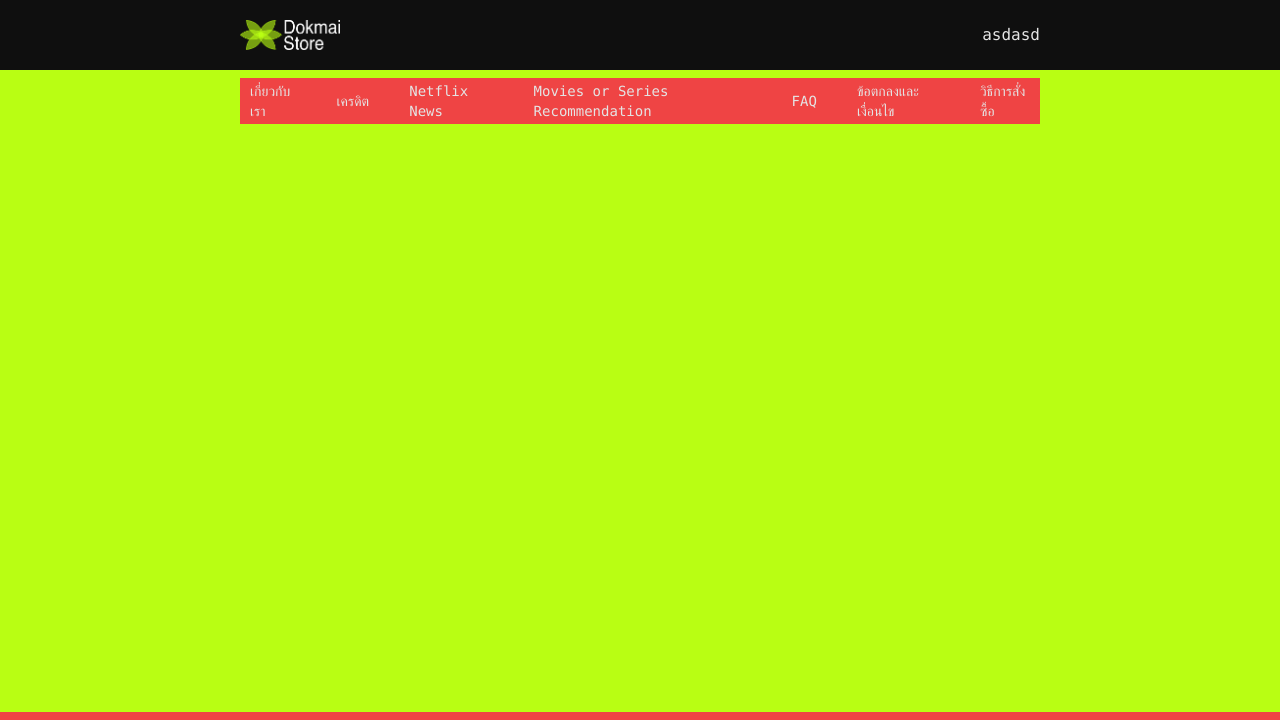
Repository: 0981237197640128312768320198372/oakdoiaj9w28wdumoakwd2398dijkamd3298udijnasd82yt2384772390823947
Page: /
An editor plug-in stored every save of this project. The page is shown before and after the next save, followed by the edit.
The browser window is 1280 px wide. The pictures show the whole page.
The project was rebuilt for these pictures with package versions that can differ from the ones it lists, and the page was loaded fresh each time. The framework's server and built-in components were replaced by stand-ins that run in the browser. Also part of the build but not shown: next.config.mjs, constant/index.tsx.

Above is the page before, as saved 2024-09-29 00:45:56.

### app/layout.tsx
/* eslint-disable @typescript-eslint/no-unused-vars */
import type { Metadata } from "next"
import "../styles/globals.css"
import Navbar from "@/components/Navbar"
export const metadata: Metadata = {
  title: "บัญชี Netflix Premium คุณภาพสูง | Dokmai Store",
  description:
    "แพลตฟอร์มสินค้าดิจิทัลที่ดีที่สุดในประเทศไทย สำหรับทุกคนที่ต้องการ Netflix Premium ราคาถูกและคุณภาพดี ที่ Dokmai Store เราเป็นผู้ขายอันดับหนึ่งในไทย พร้อมการันตีคุณภาพการใช้งานตลอดอายุการใช้งาน ด้วยบริการที่เชื่อถือได้ ตอบกลับลูกค้าอย่างรวดเร็วภายใน 10 นาที และไม่เกิน 24 ชั่วโมง พร้อมช่วยแก้ไขปัญหาทุกอย่างเพื่อให้คุณได้รับประสบการณ์การดูหนังและซีรีส์ที่ดีที่สุด",
  icons: {
    icon: "./favicon.ico",
    apple: "./apple-touch-icon.png",
  },
  keywords:
    "Netflix Premium, บัญชี Netflix, บริการสตรีมมิ่ง, ดูหนังออนไลน์, ดูซีรีส์, บัญชีราคาถูก, Dokmai Store, ซื้อ Netflix ราคาถูก, บัญชี Netflix ราคาถูก, บัญชี Netflix คุณภาพดี, บริการลูกค้าไว, Netflix Premium, Netflix, Premium, Netflix Account, Account, Netflix Access, Dokmai, Store, Dokmai Store, Digital Product, Premium App, Streaming Service, Service, Streaming, Movie, Movies, Series, Action, Comedy, Drama, Romantic, Watching, Netflix Series, Netflix Movie, Cheap, Cheap Price, High Quality, Good Quality, Quality, Fast Service, Fast Response, Trustable, Reliable, Affordable, เน็ตฟลิกซ์พรีเมียม, เน็ตฟลิกซ์, พรีเมียม, บัญชีเน็ตฟลิกซ์, บัญชี, แอคเค้าท์เน็ตฟลิกซ์,  แอคเค้าท์, เน็ตฟลิกซ์ Access, ดอกไม้สโตร์, ดอกไม้, สโตร์, ร้านค้า, สินค้าดิจิทัล, สินค้าดิจิตอล, แอพพรีเมียม, บริการสตรีมมื่ง, บริการ, สตรีมมิ่ง, หนัง, ดูหนัง, ซีรีย์, ดูซีรีย์, ดู, ซีรีย์เน็ตฟลิกซ์, ซีรีย์ Netflix, Series เน็ตฟลิกซ์, หนังเน็ตฟลิกซ์, หนัง Netflix, ราคาถูก, ราคาดี, ถูก, คุณภาพดี, คุณภาพสูง, คุณภาพ, บริการเร็ว, บริการไว, บริการดี, ตอบเร็ว, ตอบไว, น่าเชื่อถือ, เชื่อถือได้",
  openGraph: {
    type: "website",
    url: "https://www.dokmaistore.com",
    title: "บัญชี Netflix Premium คุณภาพสูง | Dokmai Store",
    description:
      "แพลตฟอร์มสินค้าดิจิทัลที่ดีที่สุดในประเทศไทย สำหรับทุกคนที่ต้องการ Netflix Premium ราคาถูกและคุณภาพดีที่ Dokmai Store เราเป็นผู้ขายอันดับหนึ่งในไทย พร้อมการันตีคุณภาพการใช้งานตลอดอายุการใช้งาน ด้วยบริการที่เชื่อถือได้ ตอบกลับลูกค้าอย่างรวดเร็วภายใน 10 นาที และไม่เกิน 24 ชั่วโมง พร้อมช่วยแก้ไขปัญหาทุกอย่างเพื่อให้คุณได้รับประสบการณ์การดูหนังและซีรีส์ที่ดีที่สุด",
    images: [
      {
        url: "https://www.dokmaistore.com/og-dokmaistore.jpg",
        width: 1200,
        height: 630,
        alt: "Netflix Premium คุณภาพสูง ราคาถูก ที่ Dokmai Store",
      },
    ],
    siteName: "Dokmai Store",
  },
  twitter: {
    card: "summary_large_image",
    site: "@DokmaiStore",
    title: "บัญชี Netflix Premium คุณภาพสูง | Dokmai Store",
    description:
      "แพลตฟอร์มสินค้าดิจิทัลที่ดีที่สุดในประเทศไทย สำหรับทุกคนที่ต้องการ Netflix Premium ราคาถูกและคุณภาพดีที่ Dokmai Store เราเป็นผู้ขายอันดับหนึ่งในไทย พร้อมการันตีคุณภาพการใช้งานตลอดอายุการใช้งาน ด้วยบริการที่เชื่อถือได้ ตอบกลับลูกค้าอย่างรวดเร็วภายใน 10 นาที และไม่เกิน 24 ชั่วโมง พร้อมช่วยแก้ไขปัญหาทุกอย่างเพื่อให้คุณได้รับประสบการณ์การดูหนังและซีรีส์ที่ดีที่สุด",
    images: [
      {
        url: "https://www.dokmaistore.com/og-dokmaistore.jpg",
        alt: "Netflix Premium คุณภาพสูง ราคาถูก ที่ Dokmai Store",
      },
    ],
  },
  alternates: {
    canonical: "https://www.dokmaistore.com",
    languages: {
      "th-TH": "https://www.dokmaistore.com/th",
    },
  },
}

export default function RootLayout({
  children,
}: Readonly<{
  children: React.ReactNode
}>) {
  return (
    <html lang='en' className='!scroll-smooth'>
      <body className='antialiased font-mono min-h-screen bg-dark-800 text-light-200'>
        <Navbar />
        <div className='flex flex-col justify-start items-center w-full h-screen p-10 lg:px-60 pt-20 bg-primary'>
          {children}
        </div>
        <div className='w-full h-2 fixed bottom-0 bg-green-500 sm:bg-yellow-500 md:bg-orange-500 lg:bg-red-500' />
      </body>
    </html>
  )
}

### app/(root)/layout.tsx
/* eslint-disable @typescript-eslint/no-unused-vars */
import type { Metadata } from "next"
import "../../styles/globals.css"

export const metadata: Metadata = {
  title: "Dokmai Store - High Quality Account Netflix Premium",
  description: "watch series now website for payment",
}

export default function RootLayout({
  children,
}: Readonly<{
  children: React.ReactNode
}>) {
  return (
    <html lang='en'>
      <body className='antialiased font-mono min-h-screen bg-dark-800 text-light-200'>
        <div className='flex flex-col justify-center items-center w-full p-10 h-screen'>
          {children}
        </div>
        {/* <div className='w-full h-2 fixed bottom-0 bg-green-500 sm:bg-yellow-500 md:bg-orange-500 lg:bg-red-500' /> */}
      </body>
    </html>
  )
}

### app/(root)/(home)/page.tsx
import HeroSection from "@/components/HeroSection"
import { TextHoverEffect } from "@/components/ui/text-hover-effect"

export default function Home() {
  return (
    <main className='flex flex-col'>
      <div className='flex justify-center items-center'>
        <TextHoverEffect text='DOKMAI' />
      </div>
      <HeroSection />
    </main>
  )
}

### styles/globals.css
@tailwind base;
@tailwind components;
@tailwind utilities;

@font-face {
  font-family: "dokmai-light";
  src: url("../assets/fonts/dokmai-light.ttf") format("woff2");
}
@font-face {
  font-family: "dokmai-regular";
  src: url("../assets/fonts/dokmai-regular.ttf") format("woff2");
}
@font-face {
  font-family: "dokmai-italic";
  src: url("../assets/fonts/dokmai-italic.ttf") format("woff2");
}
@font-face {
  font-family: "dokmai-bold";
  src: url("../assets/fonts/dokmai-bold.ttf") format("woff2");
}
@font-face {
  font-family: "dokmai-bold-italic";
  src: url("../assets/fonts/dokmai-bold-italic.ttf") format("woff2");
}
@font-face {
  font-family: "dokmai-bold-rounded";
  src: url("../assets/fonts/dokmai-bold-rounded.otf") format("woff2");
}
@font-face {
  font-family: "AktivGrotesk";
  font-weight: 900;
  font-style: normal;
  src: url("../assets/fonts/AktivGrotesk-Black.otf") format("opentype");
}

@font-face {
  font-family: "AktivGrotesk";
  font-weight: 900;
  font-style: italic;
  src: url("../assets/fonts/AktivGrotesk-BlackItalic.otf") format("opentype");
}

@font-face {
  font-family: "AktivGrotesk";
  font-weight: 700;
  font-style: normal;
  src: url("../assets/fonts/AktivGrotesk-Bold.otf") format("opentype");
}

@font-face {
  font-family: "AktivGrotesk";
  font-weight: 700;
  font-style: italic;
  src: url("../assets/fonts/AktivGrotesk-BoldItalic.otf") format("opentype");
}

@font-face {
  font-family: "AktivGrotesk";
  font-weight: 100;
  font-style: normal;
  src: url("../assets/fonts/AktivGrotesk-Hairline.otf") format("opentype");
}

@font-face {
  font-family: "AktivGrotesk";
  font-weight: 100;
  font-style: italic;
  src: url("../assets/fonts/AktivGrotesk-HairlineItalic.otf") format("opentype");
}

@font-face {
  font-family: "AktivGrotesk";
  font-weight: 400;
  font-style: italic;
  src: url("../assets/fonts/AktivGrotesk-Italic.otf") format("opentype");
}

@font-face {
  font-family: "AktivGrotesk";
  font-weight: 300;
  font-style: normal;
  src: url("../assets/fonts/AktivGrotesk-Light.otf") format("opentype");
}

@font-face {
  font-family: "AktivGrotesk";
  font-weight: 300;
  font-style: italic;
  src: url("../assets/fonts/AktivGrotesk-LightItalic.otf") format("opentype");
}

@font-face {
  font-family: "AktivGrotesk";
  font-weight: 500;
  font-style: normal;
  src: url("../assets/fonts/AktivGrotesk-Medium.otf") format("opentype");
}

@font-face {
  font-family: "AktivGrotesk";
  font-weight: 500;
  font-style: italic;
  src: url("../assets/fonts/AktivGrotesk-MediumItalic.otf") format("opentype");
}

@font-face {
  font-family: "AktivGrotesk";
  font-weight: 400;
  font-style: normal;
  src: url("../assets/fonts/AktivGrotesk-Regular.otf") format("opentype");
}

@font-face {
  font-family: "AktivGrotesk";
  font-weight: 200;
  font-style: normal;
  src: url("../assets/fonts/AktivGrotesk-Thin.otf") format("opentype");
}

@font-face {
  font-family: "AktivGrotesk";
  font-weight: 200;
  font-style: italic;
  src: url("../assets/fonts/AktivGrotesk-ThinItalic.otf") format("opentype");
}

@font-face {
  font-family: "AktivGrotesk";
  font-weight: 800;
  font-style: normal;
  src: url("../assets/fonts/AktivGrotesk-XBold.otf") format("opentype");
}

@font-face {
  font-family: "AktivGrotesk";
  font-weight: 800;
  font-style: italic;
  src: url("../assets/fonts/AktivGrotesk-XBoldItalic.otf") format("opentype");
}

.__stroke {
  font-size: 48px; /* Adjust the size as needed */
  -webkit-text-stroke: 0.5px #b9fe13; /* 1px stroke with black color */
  color: transparent; /* Makes the fill transparent */
}

a:focus,
button:focus,
img:focus {
  @apply focus:outline-none focus:ring-[0.5px] focus:ring-primary focus:border-primary;
}

### components/Navbar.tsx
"use client"

import React, { useState, useEffect } from "react"
import { usePathname } from "next/navigation"
import Link from "next/link"
import MobileNav from "./MobileNav"
import Image from "next/image"
import dokmaiwithtext from "@/assets/images/dokmaiwithtext.png"
import dokmailogo from "@/assets/images/dokmailogo.png"
import { navButtons } from "@/constant"

const Navbar = () => {
  const path = usePathname()

  const [prevScrollPos, setPrevScrollPos] = useState(0)
  // eslint-disable-next-line @typescript-eslint/no-unused-vars
  const [scrollToTopVisible, setScrollToTopVisible] = useState(false)
  const [visible, setVisible] = useState(true)
  const handleScroll = () => {
    const currentScrollPos = window.pageYOffset
    const isScrollingDown = prevScrollPos < currentScrollPos
    if (currentScrollPos <= 0) {
      // If at the top of the page, make the navbar always visible
      setVisible(true)
      setScrollToTopVisible(false)
    } else {
      setVisible(isScrollingDown)
      setScrollToTopVisible(currentScrollPos > 350)
    }
    setPrevScrollPos(currentScrollPos)
  }
  useEffect(() => {
    window.addEventListener("scroll", handleScroll)
    return () => {
      window.removeEventListener("scroll", handleScroll)
    }
  })

  return (
    <nav
      className={`fixed flex flex-col items-start justify-center top-0 left-0 w-full transition-transform duration-500 z-50 transform  ${
        visible ? "translate-y-0" : "-translate-y-full"
      } z-10`}
    >
      <div className='w-full gap-10 bg-dark-800 py-5 flex px-10 lg:px-60 justify-between duration-1000 items-center '>
        <Link href='/' className='flex select-none items-center gap-1 w-fit'>
          <Image
            width={100}
            height={100}
            src={dokmaiwithtext}
            alt='Dokmai Store'
            className='duration-700 hidden lg:block'
          />
          <Image
            width={60}
            height={60}
            src={dokmailogo}
            alt='Dokmai Store'
            className='duration-700 lg:hidden'
          />
        </Link>
        <div className='flex items-center justify-end gap-5'>
          asdasd
          <div className='justify-center items-center gap-3 md:gap-5 lg:gap-5 hidden max-md:flex'>
            <MobileNav />
          </div>
        </div>
      </div>
      <div className='w-full gap-10 pt-2 flex px-10 lg:px-60 justify-between duration-1000 items-center'>
        <div className='flex w-full justify-between items-center bg-dark-800 max-md:hidden lg:text-md'>
          <div className=' w-full flex gap-5 justify-between items-center bg-red-500'>
            {navButtons.map((nav, i) => (
              <Link
                href={nav.url}
                key={i}
                className={`text-light-200 flex-col-reverse py-[3px] px-[10px] rounded-sm md:text-sm font-medium group duration-200 ${
                  path === nav.url
                    ? "font-black transition-transform duration-700 "
                    : ""
                }${path === nav.url ? " text-primary" : " hover:text-primary"}`}
              >
                {nav.title}
              </Link>
            ))}
          </div>
        </div>
      </div>
    </nav>
  )
}

export default Navbar

### components/HeroSection.tsx
"use client"

import React from "react"

const HeroSection = () => {
  return (
    <section
      id='HeroSection'
      className='flex flex-col justify-center items-center'
    >
      <div className='hero bg-cover bg-center h-screen flex flex-col justify-center items-center text-center px-4'>
        <h1 className='text-4xl md:text-6xl font-bold text-white mb-4'>
          Watch More Series, Spend Less Money
        </h1>
        <p className='text-xl md:text-2xl text-gray-200 max-w-xl mx-auto mb-6'>
          Get Netflix Premium and other top streaming apps without breaking the
          bank. Enjoy more shows and movies for less, only at Dokmai Store.
        </p>
        <button className='bg-red-600 text-white px-6 py-3 rounded-full hover:bg-red-700 transition duration-300'>
          Start Watching Today
        </button>
      </div>
    </section>
  )
}

export default HeroSection

### components/MobileNav.tsx
/* eslint-disable @typescript-eslint/no-unused-vars */
import { navButtons } from "@/constant"
import Link from "next/link"
import { usePathname } from "next/navigation"
import { CiMenuBurger } from "react-icons/ci"
import { Drawer, DrawerContent, DrawerTrigger } from "@/components/ui/drawer"

const MobileNav = () => {
  const path = usePathname()
  return (
    <Drawer>
      <DrawerTrigger className='hidden max-md:flex dark:hover:bg-white/10 hover:bg-black/5 p-2'>
        <CiMenuBurger className='duration-500 text-dark-800 dark:text-primary text-3xl' />
      </DrawerTrigger>
      <DrawerContent className='bg-gray-200 dark:bg-dark-600 border-none px-5 pb-5 gap-10'>
        <div className='flex flex-col justify-start items-start'>
          <p className='font-mono text-xs tracking-widest text-white/70'>
            Watch MORE Series, Spend LESS MONEY!
          </p>
          <span className='font-aktivGroteskBold text-4xl pt-1 __stroke'>
            DOKMAI STORE
          </span>
        </div>
        <div className='gap-5 flex flex-col justify-end items-end'>
          {navButtons.map((nav, i) => (
            <Link
              href={nav.url}
              key={i}
              className={`dark:text-gray-400 flex-col-reverse py-[3px] px-[10px] rounded-full md:text-sm font-medium group duration-200 w-fit ${
                path === nav.url
                  ? "font-black transition-transform duration-700 "
                  : ""
              }${
                path === nav.url
                  ? " dark:text-primary text-primary bg-primary/20"
                  : " hover:dark:text-primary hover:text-primary hover:bg-primary/20"
              }`}
            >
              {nav.title}
            </Link>
          ))}
        </div>
      </DrawerContent>
    </Drawer>
  )
}

export default MobileNav

### components/ui/drawer.tsx
"use client"

import * as React from "react"
import { Drawer as DrawerPrimitive } from "vaul"

const Drawer = ({
  shouldScaleBackground = true,
  ...props
}: React.ComponentProps<typeof DrawerPrimitive.Root>) => (
  <DrawerPrimitive.Root
    shouldScaleBackground={shouldScaleBackground}
    {...props}
  />
)
Drawer.displayName = "Drawer"

const DrawerTrigger = DrawerPrimitive.Trigger

const DrawerPortal = DrawerPrimitive.Portal

const DrawerClose = DrawerPrimitive.Close

const DrawerOverlay = React.forwardRef<
  React.ElementRef<typeof DrawerPrimitive.Overlay>,
  React.ComponentPropsWithoutRef<typeof DrawerPrimitive.Overlay>
>(({ className, ...props }, ref) => (
  <DrawerPrimitive.Overlay
    ref={ref}
    className={
      `fixed inset-0 z-50 bg-black/80 ${className}`}
    {...props}
  />
))
DrawerOverlay.displayName = DrawerPrimitive.Overlay.displayName

const DrawerContent = React.forwardRef<
  React.ElementRef<typeof DrawerPrimitive.Content>,
  React.ComponentPropsWithoutRef<typeof DrawerPrimitive.Content>
>(({ className, children, ...props }, ref) => (
  <DrawerPortal>
    <DrawerOverlay />
    <DrawerPrimitive.Content
      ref={ref}
      className={`fixed inset-x-0 bottom-0 z-50 mt-24 flex h-auto flex-col rounded-t-[10px] border border-neutral-200 bg-white dark:border-neutral-800 dark:bg-neutral-950 ${className}`
    }
      {...props}
    >
      <div className="mx-auto mt-4 h-2 w-[100px] rounded-full bg-neutral-100 dark:bg-neutral-800" />
      {children}
    </DrawerPrimitive.Content>
  </DrawerPortal>
))
DrawerContent.displayName = "DrawerContent"

const DrawerHeader = ({
  className,
  ...props
}: React.HTMLAttributes<HTMLDivElement>) => (
  <div
    className={`grid gap-1.5 p-4 text-center sm:text-left ${className}`}
    {...props}
  />
)
DrawerHeader.displayName = "DrawerHeader"

const DrawerFooter = ({
  className,
  ...props
}: React.HTMLAttributes<HTMLDivElement>) => (
  <div
    className={`mt-auto flex flex-col gap-2 p-4 ${className}`}
    {...props}
  />
)
DrawerFooter.displayName = "DrawerFooter"

const DrawerTitle = React.forwardRef<
  React.ElementRef<typeof DrawerPrimitive.Title>,
  React.ComponentPropsWithoutRef<typeof DrawerPrimitive.Title>
>(({ className, ...props }, ref) => (
  <DrawerPrimitive.Title
    ref={ref}
    className={`text-lg font-semibold leading-none tracking-tight ${className}`}
    {...props}
  />
))
DrawerTitle.displayName = DrawerPrimitive.Title.displayName

const DrawerDescription = React.forwardRef<
  React.ElementRef<typeof DrawerPrimitive.Description>,
  React.ComponentPropsWithoutRef<typeof DrawerPrimitive.Description>
>(({ className, ...props }, ref) => (
  <DrawerPrimitive.Description
    ref={ref}
    className={`text-sm text-neutral-500 dark:text-neutral-400 ${className}`}
    {...props}
  />
))
DrawerDescription.displayName = DrawerPrimitive.Description.displayName

export {
  Drawer,
  DrawerPortal,
  DrawerOverlay,
  DrawerTrigger,
  DrawerClose,
  DrawerContent,
  DrawerHeader,
  DrawerFooter,
  DrawerTitle,
  DrawerDescription,
}

### tailwind.config.ts
/* eslint-disable @typescript-eslint/no-unused-vars */
/* eslint-disable @typescript-eslint/no-var-requires */
/* eslint-disable prefer-const */
/* eslint-disable @typescript-eslint/no-explicit-any */
import type { Config } from "tailwindcss"
const defaultTheme = require("tailwindcss/defaultTheme")

const colors = require("tailwindcss/colors")
const {
  default: flattenColorPalette,
} = require("tailwindcss/lib/util/flattenColorPalette")

const config: Config = {
  content: [
    "./pages/**/*.{js,ts,jsx,tsx,mdx}",
    "./components/**/*.{js,ts,jsx,tsx,mdx}",
    "./app/**/*.{js,ts,jsx,tsx,mdx}",
  ],
  theme: {
    screens: {
      sm: "640px",
      // => @media (min-width: 640px) { ... }

      md: "768px",
      // => @media (min-width: 768px) { ... }

      lg: "1024px",
      // => @media (min-width: 1024px) { ... }

      xl: "1280px",
      // => @media (min-width: 1280px) { ... }

      "2xl": "1536px",
      // => @media (min-width: 1536px) { ... }
    },
    extend: {
      colors: {
        dark: {
          100: "#5E5E5E",
          200: "#545454",
          300: "#494949",
          400: "#3D3D3D",
          500: "#313131",
          600: "#232323",
          700: "#181818",
          800: "#0F0F0F",
        },
        light: {
          100: "#ECECEC",
          200: "#E4E4E4",
          300: "#D8D8D8",
          400: "#CCCCCC",
          500: "#BFBFBF",
          600: "#B5B5B5",
          700: "#A9A9A9",
          800: "#9B9B9B",
        },
        primary: "#b9fe13",
      },
      fontFamily: {
        // Dokmai Fonts
        dokmaiLight: ["'dokmai-light'", "sans-serif"],
        dokmaiRegular: ["'dokmai-regular'", "sans-serif"],
        dokmaiItalic: ["'dokmai-italic'", "sans-serif"],
        dokmaiBold: ["'dokmai-bold'", "sans-serif"],
        dokmaiBoldItalic: ["'dokmai-bold-italic'", "sans-serif"],
        dokmaiBoldRounded: ["'dokmai-bold-rounded'", "sans-serif"],

        // AktivGrotesk Fonts
        aktivGroteskBlack: ["'AktivGrotesk-Black'", "sans-serif"],
        aktivGroteskBlackItalic: ["'AktivGrotesk-BlackItalic'", "sans-serif"],
        aktivGroteskBold: ["'AktivGrotesk-Bold'", "sans-serif"],
        aktivGroteskBoldItalic: ["'AktivGrotesk-BoldItalic'", "sans-serif"],
        aktivGroteskHairline: ["'AktivGrotesk-Hairline'", "sans-serif"],
        aktivGroteskHairlineItalic: [
          "'AktivGrotesk-HairlineItalic'",
          "sans-serif",
        ],
        aktivGroteskItalic: ["'AktivGrotesk-Italic'", "sans-serif"],
        aktivGroteskLight: ["'AktivGrotesk-Light'", "sans-serif"],
        aktivGroteskLightItalic: ["'AktivGrotesk-LightItalic'", "sans-serif"],
        aktivGroteskMedium: ["'AktivGrotesk-Medium'", "sans-serif"],
        aktivGroteskMediumItalic: ["'AktivGrotesk-MediumItalic'", "sans-serif"],
        aktivGroteskRegular: ["'AktivGrotesk-Regular'", "sans-serif"],
        aktivGroteskThin: ["'AktivGrotesk-Thin'", "sans-serif"],
        aktivGroteskThinItalic: ["'AktivGrotesk-ThinItalic'", "sans-serif"],
        aktivGroteskXBold: ["'AktivGrotesk-XBold'", "sans-serif"],
        aktivGroteskXBoldItalic: ["'AktivGrotesk-XBoldItalic'", "sans-serif"],
      },
    },
  },
  plugins: [addVariablesForColors],
}
function addVariablesForColors({ addBase, theme }: any) {
  let allColors = flattenColorPalette(theme("colors"))
  let newVars = Object.fromEntries(
    Object.entries(allColors).map(([key, val]) => [`--${key}`, val])
  )

  addBase({
    ":root": newVars,
  })
}
export default config

Loaded but not shown: components/ui/text-hover-effect.tsx (134 lines, source omitted)

After the next save:
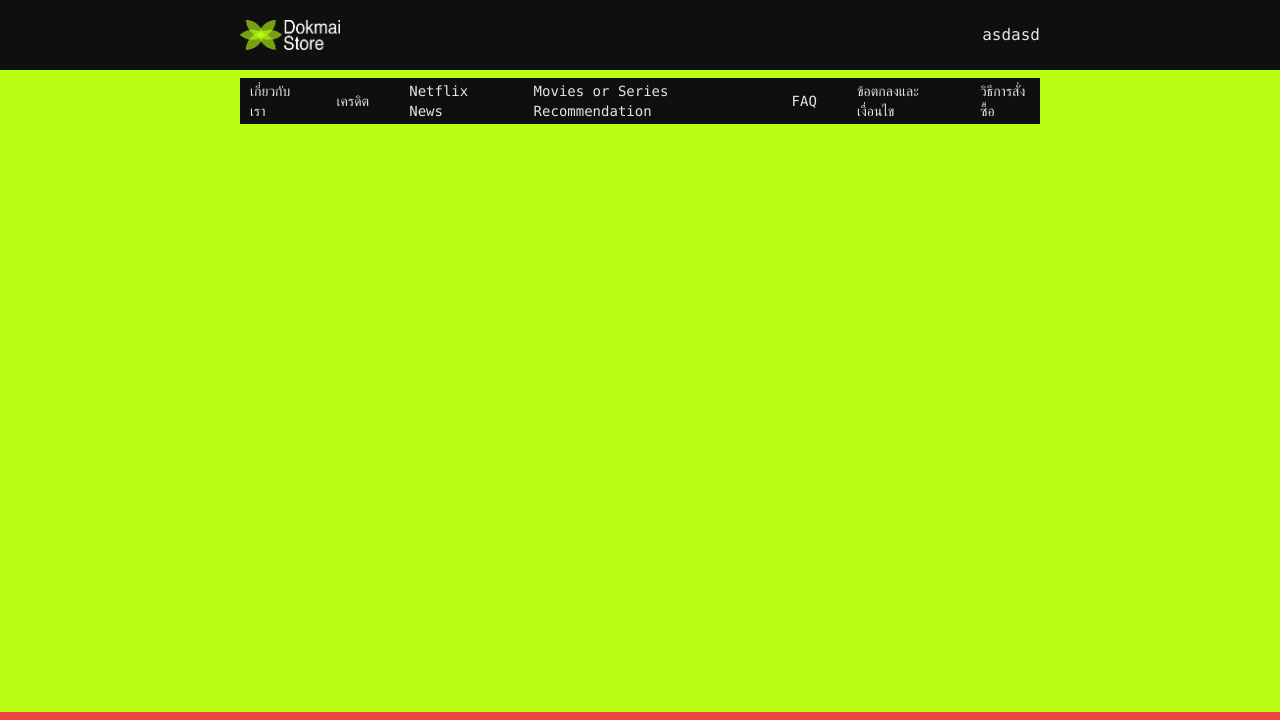
Saved 5 s later.
--- a/components/Navbar.tsx
+++ b/components/Navbar.tsx
@@ -68,7 +68,7 @@
       </div>
       <div className='w-full gap-10 pt-2 flex px-10 lg:px-60 justify-between duration-1000 items-center'>
         <div className='flex w-full justify-between items-center bg-dark-800 max-md:hidden lg:text-md'>
-          <div className=' w-full flex gap-5 justify-between items-center bg-red-500'>
+          <div className=' w-full flex gap-5 justify-between items-center'>
             {navButtons.map((nav, i) => (
               <Link
                 href={nav.url}
